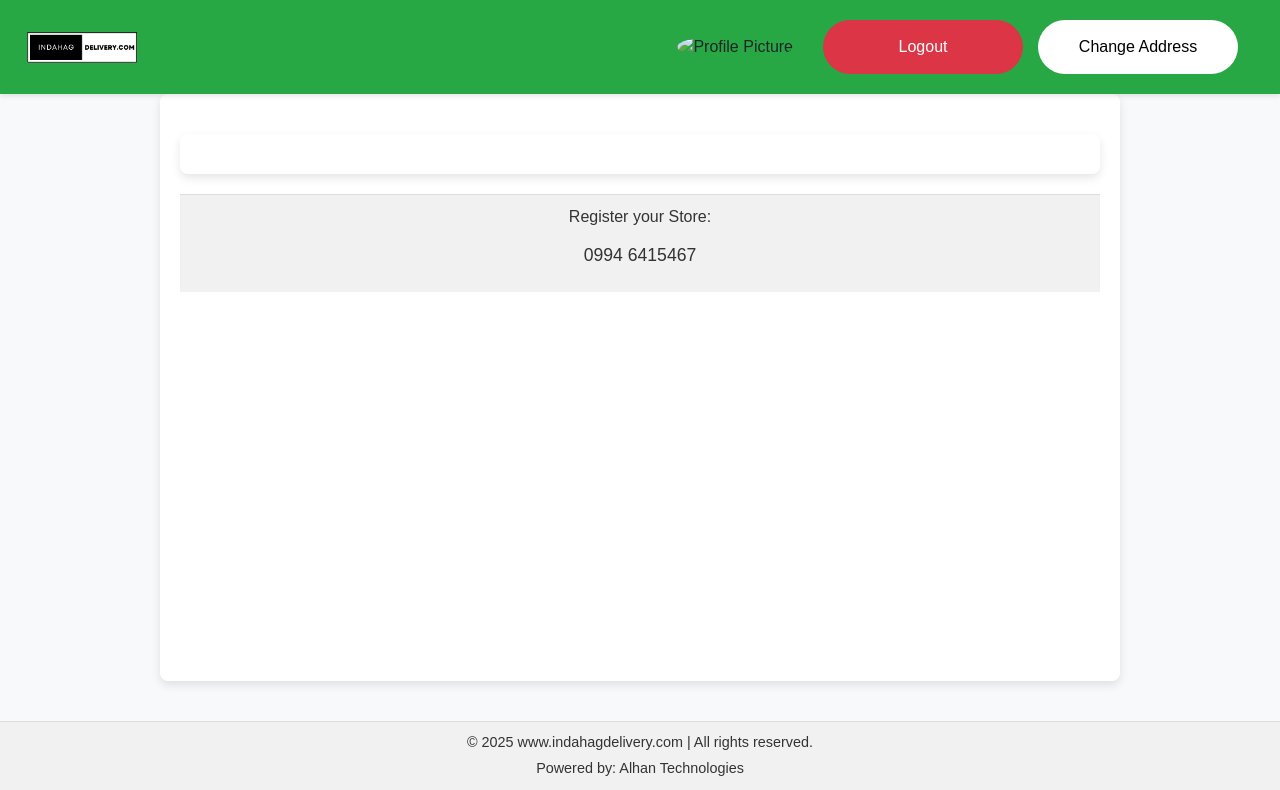
Repository: Jijiluzana225/indahagdelivery.com
Page: store/templates/store/store_list.html
The author's editor kept a copy of each file at every save. The page is drawn from the files as they stood at one save, then again after the next save.
The browser window is 1280 px wide. The pictures show the whole page.
The template is drawn by Django 5.2. The application's start-up code is not run. Other server files are loaded and not shown. The template is opened directly, without the code that normally fills it, so the values that code supplies are empty.

Above is the page before, as saved 2025-02-07 09:47:06.

### store/templates/store/store_list.html
{% extends 'store/base.html' %}

{% block content %}
<!DOCTYPE html>
<html lang="en">
<head>
    <meta charset="UTF-8">
    <meta name="viewport" content="width=device-width, initial-scale=1.0">
    <title>Store List</title>
    <style>
        /* Global Styles */
        body {
            font-family: Arial, sans-serif;
            margin: 0;
            padding: 0;
            background-color: #f8f9fa;
            display: flex;
            flex-direction: column;
            min-height: 100vh;
        }

        /* Container Styles */
        .container {
            max-width: 960px;
            margin: 20px auto;
            padding: 20px;
            background: #ffffff;
            border-radius: 8px;
            box-shadow: 0 4px 10px rgba(0, 0, 0, 0.1);
            flex-grow: 1;
        }

        /* Typography */
        h1 {
            color: #333;
            margin-bottom: 20px;
            text-align: center;
        }

        /* Button Styles */
        .btn-container {
            display: flex;
            flex-direction: column;
            align-items: center;
        }

        .btn {
            display: inline-block;
            width: 200px;
            margin: 10px auto;
            padding: 15px 30px;
            font-size: 1rem;
            text-align: center;
            border: none;
            border-radius: 50px;
            text-decoration: none;
            color: #fff;
            cursor: pointer;
            transition: transform 0.3s ease, box-shadow 0.3s ease;
        }

        .btn.order-btn {
            background: linear-gradient(145deg, #6c63ff, #00b3b3); /* Soft purple to teal */
            box-shadow: 0 5px 15px rgba(0, 0, 0, 0.1); /* Softer shadow */
        }

        .btn.store-btn {
             background: linear-gradient(145deg,rgb(17, 0, 255),rgb(252, 120, 4)); /* Warm amber tones */
        }

        .btn.prices-btn {
            background: linear-gradient(145deg,rgb(17, 0, 255),rgb(252, 120, 4)); /* Warm amber tones */
        }

        .btn.product-btn {
            background: linear-gradient(145deg,rgb(17, 0, 255),rgb(252, 120, 4)); /* Warm amber tones */
        }

        .btn:hover {
            transform: translateY(-5px);
            box-shadow: 0 10px 20px rgba(0, 0, 0, 0.3);
        }

        .btn:active {
            transform: translateY(2px);
            box-shadow: 0 3px 8px rgba(0, 0, 0, 0.2);
        }

        /* Store List Styling */
        .store-list {
            list-style: none;
            padding: 0;
            margin: 0;
            text-align: center;
        }

        .store-list li {
            margin: 10px 0;
        }

        .store-list a {
            display: block;
            padding: 10px 15px;
            font-size: 1.2rem;
            font-weight: bold;
            text-decoration: none;
            color: #fff;
            background: linear-gradient(90deg, #6a11cb, #2575fc);
            border-radius: 8px;
            box-shadow: 0 4px 8px rgba(0, 0, 0, 0.1);
            transition: background 0.3s ease, box-shadow 0.3s ease;
            text-align: center;
        }

        .store-list a:hover {
            background: linear-gradient(90deg, #2575fc, #6a11cb);
            box-shadow: 0 6px 12px rgba(0, 0, 0, 0.2);
        }

        .store-list a.disabled {
            cursor: not-allowed;
            background-color: #ddd;
            color: #aaa;
            pointer-events: none;
        }

        /* Search Box Styling */
        .search-box {
            margin-bottom: 20px;
            margin-top: 20px;
        }

        .search-box input {
            width: 100%;
            padding: 10px;
            font-size: 1rem;
            border-radius: 5px;
            border: 1px solid #ced4da;
            box-shadow: inset 0 2px 5px rgba(0, 0, 0, 0.1);
        }

        /* Footer Styling */
        footer {
            text-align: center;
            padding: 10px 0;
            background: #f1f1f1;
            color: #333;
            border-top: 1px solid #ddd;
        }

        footer h3 {
            margin: 0;
            font-size: 1.1rem;
        }

        .product-type-label {
            text-align: left;
            font-size: 0.9rem;
            color: #333;
            margin-bottom: 10px;
            margin-top:40px;
        }

    </style>
</head>
<body>
    <div class="container">
        <div class="btn-container">
            {% if request.user.is_authenticated and 'Store' not in request.user.groups.all|join:" " %}
                <a href="{% url 'customer_dashboard' %}" class="btn order-btn">My Orders</a>
            {% endif %}

            {% if request.user.is_authenticated and 'Store' in request.user.groups.all|join:" " %}
                <a href="{% url 'store_dashboard' %}" class="btn store-btn">My Store</a>
                <a href="{% url 'edit_prices' %}" class="btn prices-btn">Update Prices</a>
                <a href="{% url 'product_create' %}" class="btn prices-btn">Add Product</a>
            {% endif %}
        </div>
        {% if request.user.is_authenticated and 'Store' not in request.user.groups.all|join:" " %}


        <h1 class="product-type-label">Product Type</h1>

        <!-- Dropdown Filter -->
        <form method="get" action="">
            <select name="product_type" onchange="this.form.submit()">
                <option value="">-- Select Product Type --</option>
                {% for product_type in product_types %}
                    <option value="{{ product_type.id }}" {% if selected_product_type == product_type.id %}selected{% endif %}>
                        {{ product_type.name }}
                    </option>
                {% endfor %}
            </select>
        </form>

        <!-- Search Input -->
        <div class="search-box">
            <input type="text" id="storeSearch" placeholder="Search for a store..." onkeyup="filterStores()">
        </div>

        <!-- Store List -->
        <ul class="store-list" id="storeList">
            {% if stores %}
                {% for store in stores %}
                    <li>
                        {% if store.open %}
                            <a href="{% url 'store_location' id=store.id %}">{{ store.name }}</a>
                        {% else %}
                            <a href="#" class="disabled">
                                {{ store.name }} (Opens Soon!)
                            </a>
                        {% endif %}
                    </li>
                {% endfor %}
            {% else %}
                <li>No stores found for the selected product type.</li>
            {% endif %}
        </ul>

        {% endif %}

    </div>

    <!-- Footer -->
    <footer>
        <p>Register your Store: <h3>0994 6415467</h3></p>
    </footer>

    <script>
        function filterStores() {
            const searchInput = document.getElementById('storeSearch').value.toLowerCase();
            const storeList = document.getElementById('storeList');
            const stores = storeList.getElementsByTagName('li');

            for (let i = 0; i < stores.length; i++) {
                const storeName = stores[i].innerText.toLowerCase();
                if (storeName.includes(searchInput)) {
                    stores[i].style.display = '';
                } else {
                    stores[i].style.display = 'none';
                }
            }
        }
    </script>
</body>
</html>
{% endblock %}

### store/templates/store/base.html
{% load static %}
<!DOCTYPE html>
<html lang="en">
<head>
    <meta charset="UTF-8">
    <meta name="viewport" content="width=device-width, initial-scale=1.0">
    <title>indahagdelivery.com</title>
    <link href="https://cdn.jsdelivr.net/npm/bootstrap@5.3.0-alpha3/dist/css/bootstrap.min.css" rel="stylesheet">
    <style>
        /* Navbar Styling */
        .navbar {
            position: fixed;
            top: 0;
            left: 0;
            right: 0;
            width: 100%;
            background-color: #28a745; /* E-commerce theme */
            padding: 10px 15px;
            z-index: 1000;
            box-shadow: 0 2px 5px rgba(0, 0, 0, 0.1);
        }

        .navbar .navbar-brand img {
            max-width: 110px;
        }

        .navbar-nav {
            display: flex;
            align-items: center;
        }

        .navbar-nav .nav-item {
            margin-right: 15px;
        }

        .open-close-btn {
            padding: 6px 14px;
            font-size: 0.9rem;
            background-color: #007bff;
            color: #fff;
            border: none;
            border-radius: 20px;
            transition: background-color 0.3s ease;
        }

        .open-close-btn:hover {
            background-color: #0056b3;
        }

        .profile-picture {
            width: 35px;
            height: 35px;
            border-radius: 50%;
            object-fit: cover;
        }

        /* Responsive Navbar Adjustments */
        @media (max-width: 768px) {
            .navbar-brand img {
                max-width: 80px;
            }

            .navbar-nav .nav-item {
                margin-right:10px;
            }

            .open-close-btn {
                margin-top: 10px;
            }
        }

        /* Footer Styling */
        footer {
            background-color: #343a40;
            color: #fff;
            padding: 15px;
            text-align: center;
            margin-top: 20px;
        }

        footer .footer-text p {
            margin: 0;
            font-size: 0.9rem;
        }

        footer .footer-text p:not(:last-child) {
            margin-bottom: 5px;
        }
    </style>
</head>
<body style="margin-top: 70px;">
    <!-- Navbar -->
    <nav class="navbar navbar-expand-lg navbar-dark">
        <div class="container-fluid">
            <a href="{% url 'store_list' %}" class="navbar-brand">
                <img src="{% static 'admin/img/Indahag.png' %}" alt="Logo">
            </a>

            <!-- Open/Close Button -->
            {% if request.user.is_authenticated and 'Store' in request.user.groups.all|join:" " %}
                <a href="{% url 'update_store_open' %}" class="open-close-btn">Open/Close</a>
            {% endif %}

            <button class="navbar-toggler" type="button" data-bs-toggle="collapse" data-bs-target="#navbarNav" aria-controls="navbarNav" aria-expanded="false" aria-label="Toggle navigation">
                <span class="navbar-toggler-icon"></span>
            </button>
            <div class="collapse navbar-collapse" id="navbarNav">
                <ul class="navbar-nav ms-auto">
                    <li class="nav-item">
                        <img src="{{ user.customer.profile_picture.url }}" alt="Profile Picture" class="profile-picture">
                    </li>
                    <li class="nav-item">
                        <h5 class="mb-0 text-white">{{ user.customer.name }}</h5>
                    </li>
                    <li class="nav-item">
                        <form action="{% url 'logout' %}" method="POST" class="d-inline">
                            {% csrf_token %}
                            <button type="submit" class="btn btn-danger btn-sm">Logout</button>
                        </form>
                    </li>
                    <li class="nav-item">
                        <a href="{% url 'update_profile' %}" class="btn btn-link btn-sm text-black" style="background-color: white">Change Address</a>
                    </li>
                </ul>
            </div>
        </div>
    </nav>

    <!-- Content Block -->
    <div class="container mt-4">
        {% block content %}
        {% endblock %}
    </div>

    <!-- Footer -->
    <footer>
        <div class="footer-text">
            <p>&copy; 2025 www.indahagdelivery.com | All rights reserved.</p>
            <p>Powered by: Alhan Technologies</p>
        </div>
    </footer>

    <!-- Scripts -->
    <script src="https://cdn.jsdelivr.net/npm/bootstrap@5.3.0-alpha3/dist/js/bootstrap.bundle.min.js"></script>
</body>
</html>

After the next save:
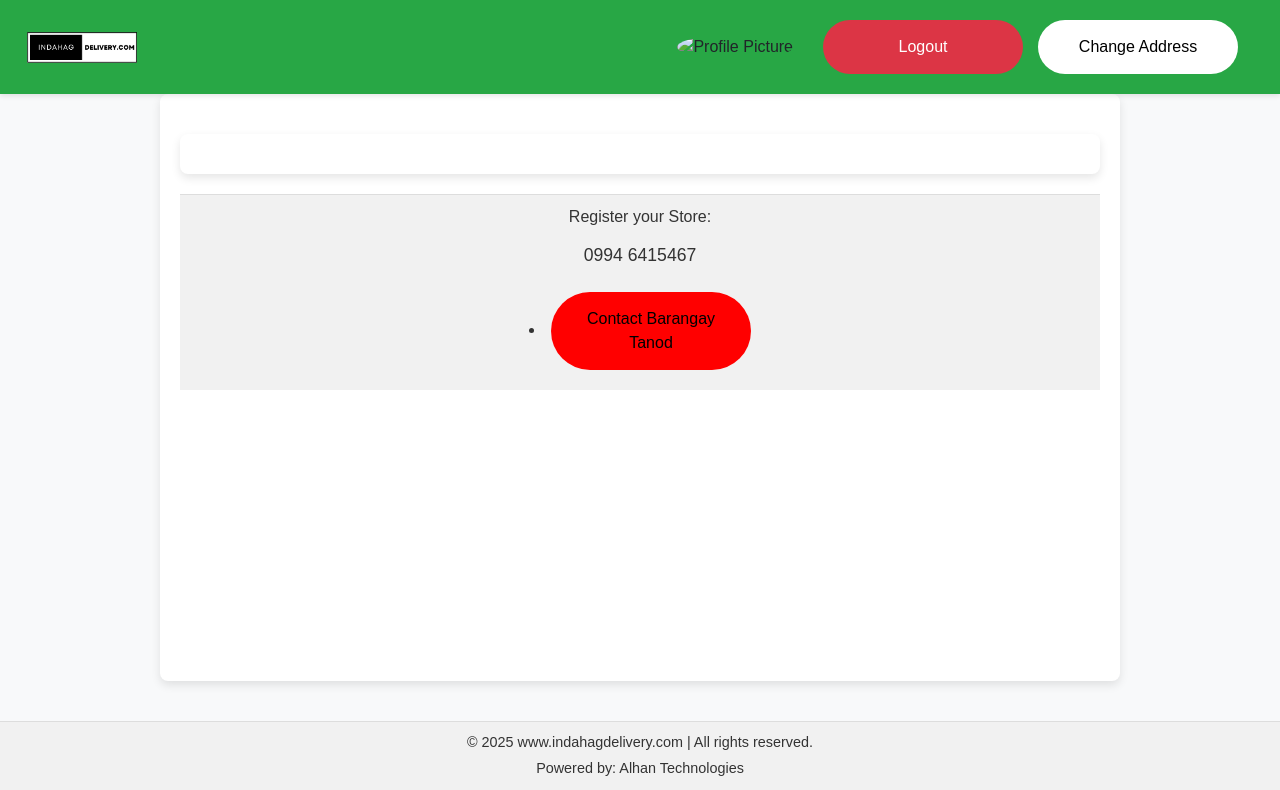
Saved 2 min 42 s later.
--- a/store/templates/store/store_list.html
+++ b/store/templates/store/store_list.html
@@ -224,6 +224,10 @@
     <!-- Footer -->
     <footer>
         <p>Register your Store: <h3>0994 6415467</h3></p>
+
+        <li class="nav-item">
+            <a href="{% url 'update_profile' %}" class="btn btn-link btn-sm text-black" style="background-color: red">Contact Barangay Tanod</a>
+        </li>
     </footer>
 
     <script>
